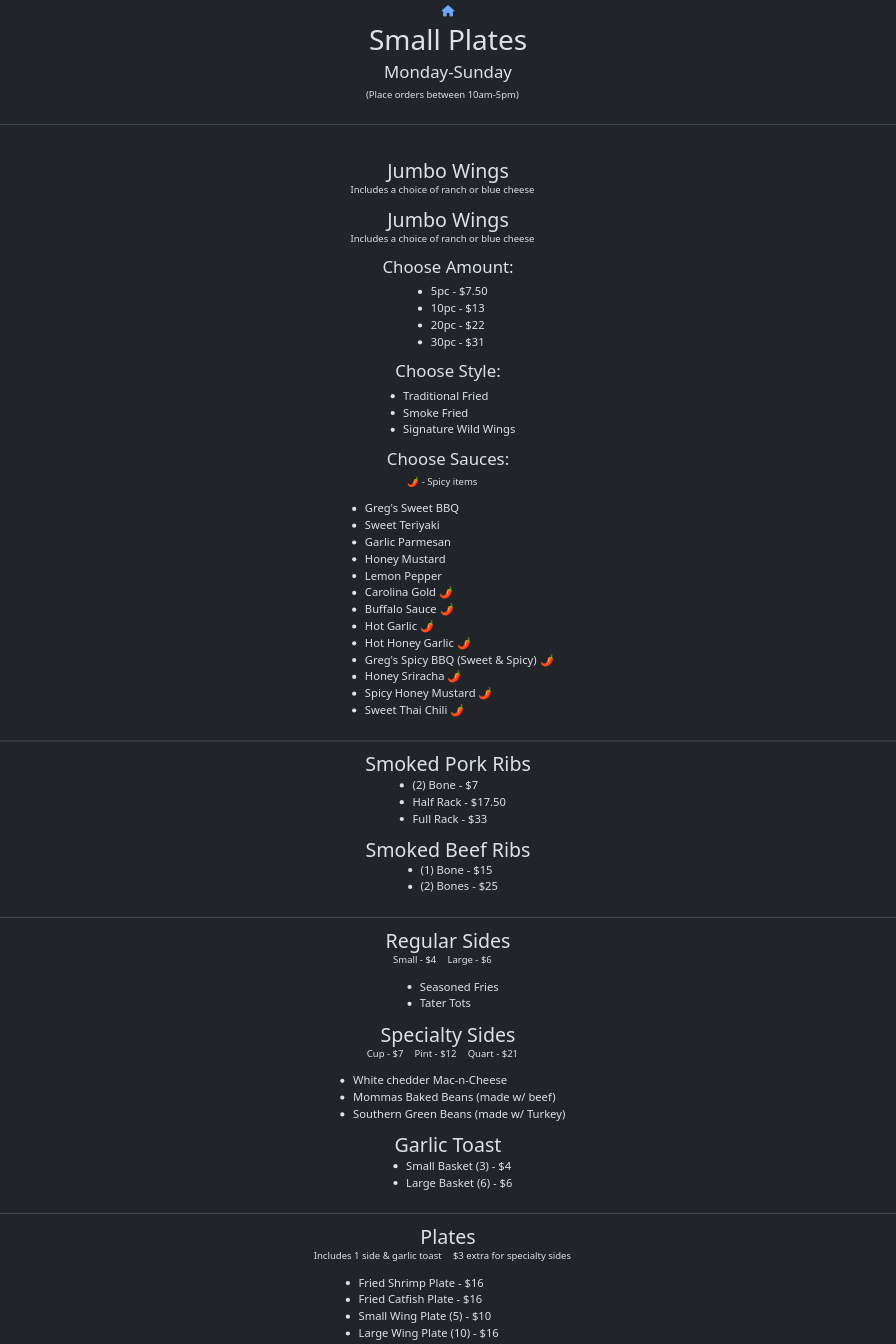
Repository: dukedward/smokehousemenu
Page: plates/index.html
These files come from the project's save history. The page is drawn as it stood at one moment and after the next save; the edit follows.
The browser window is 1280 px wide. The pictures show the part of the page from y = 0 to 1920 px (the page is 2675 px tall before and 2568 px after), at 70% of full size.
Some web libraries are served in a nearby version.

Above is the page before, as saved 2023-03-06 12:02:56.

After the next save:
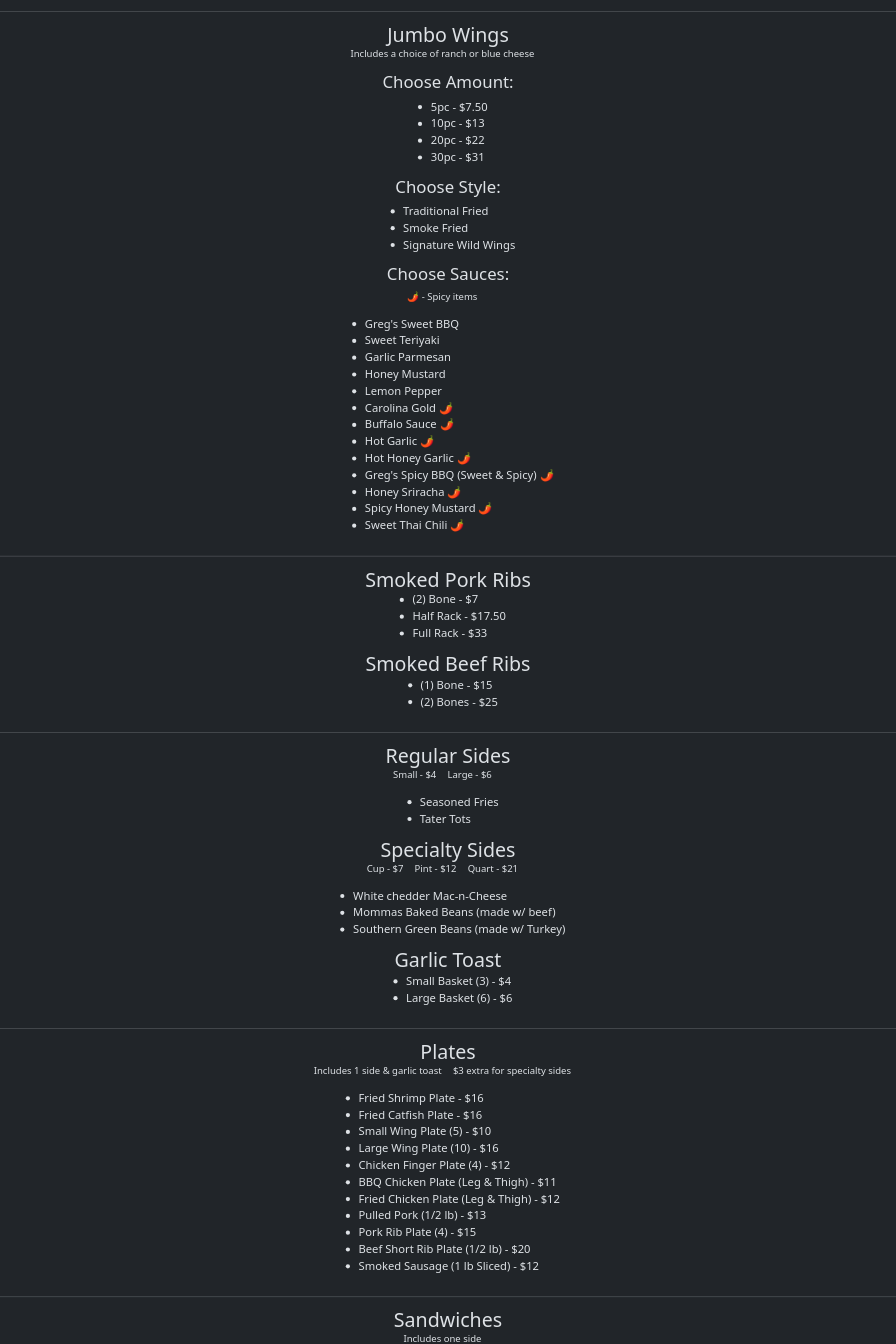
Saved 3 min 23 s later.
--- a/script.js
+++ b/script.js
@@ -1,4 +1,5 @@
 // Collecting DOM Elements
+const title = document.querySelector('.title');
 const sections = document.querySelector('.sections');
 // const x = document.querySelector('');
 // const x = document.querySelector('');
@@ -66,5 +67,5 @@ function addElement() {
 
     // add the newly created element and its content into the DOM
     const currentDiv = document.querySelector(".sections");
-    document.body.insertBefore(newDiv, currentDiv);
+    document.body.insertAdjacentElement("afterend" ,title)
 }
